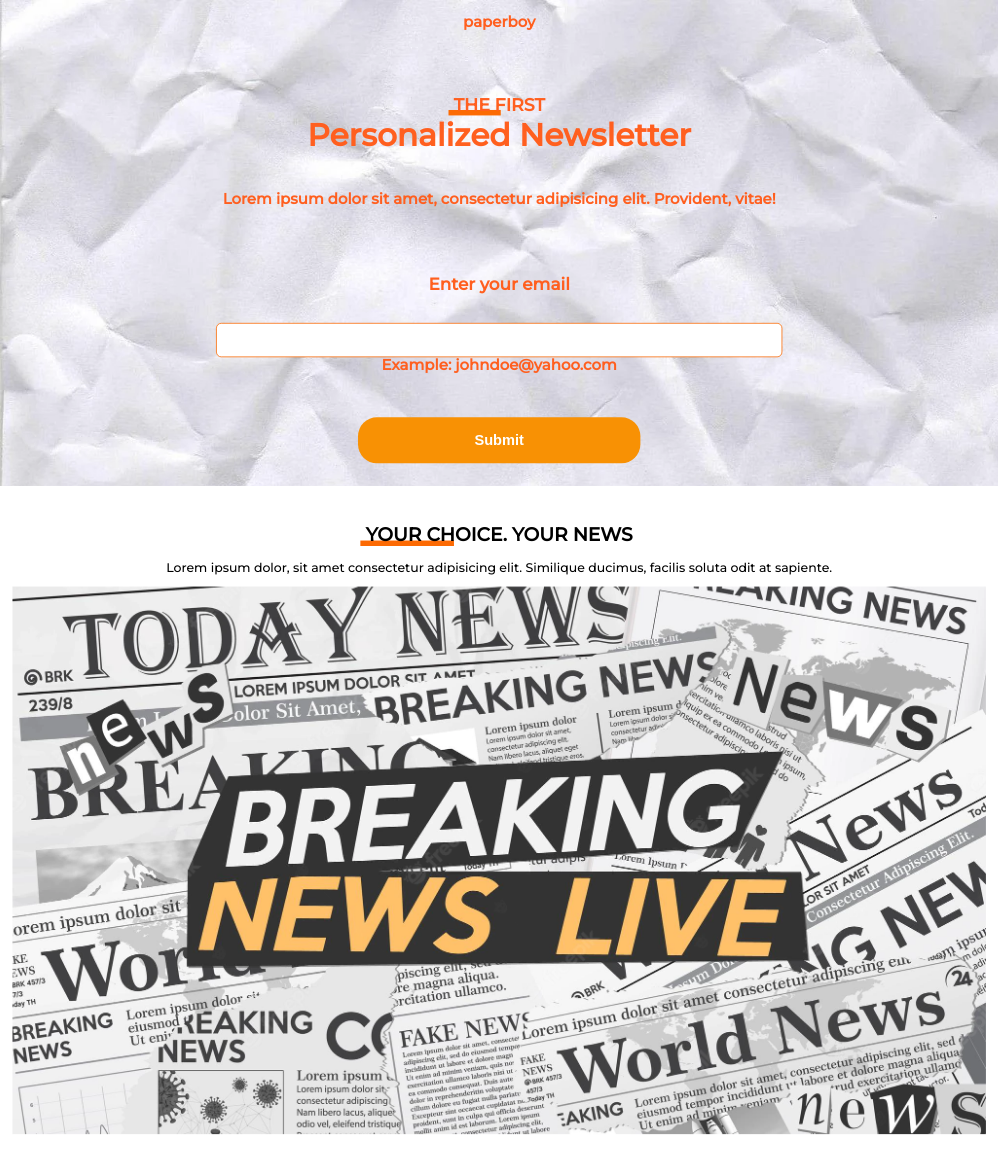
Repository: Gionnn/proiecte
Page: index.html
An editor plug-in stored every save of this project. The page is shown before and after the next save, followed by the edit.
The browser window is 1280 px wide. The pictures show the whole page, at 78% of full size.

Above is the page before, as saved 2022-11-28 14:31:34.

After the next save:
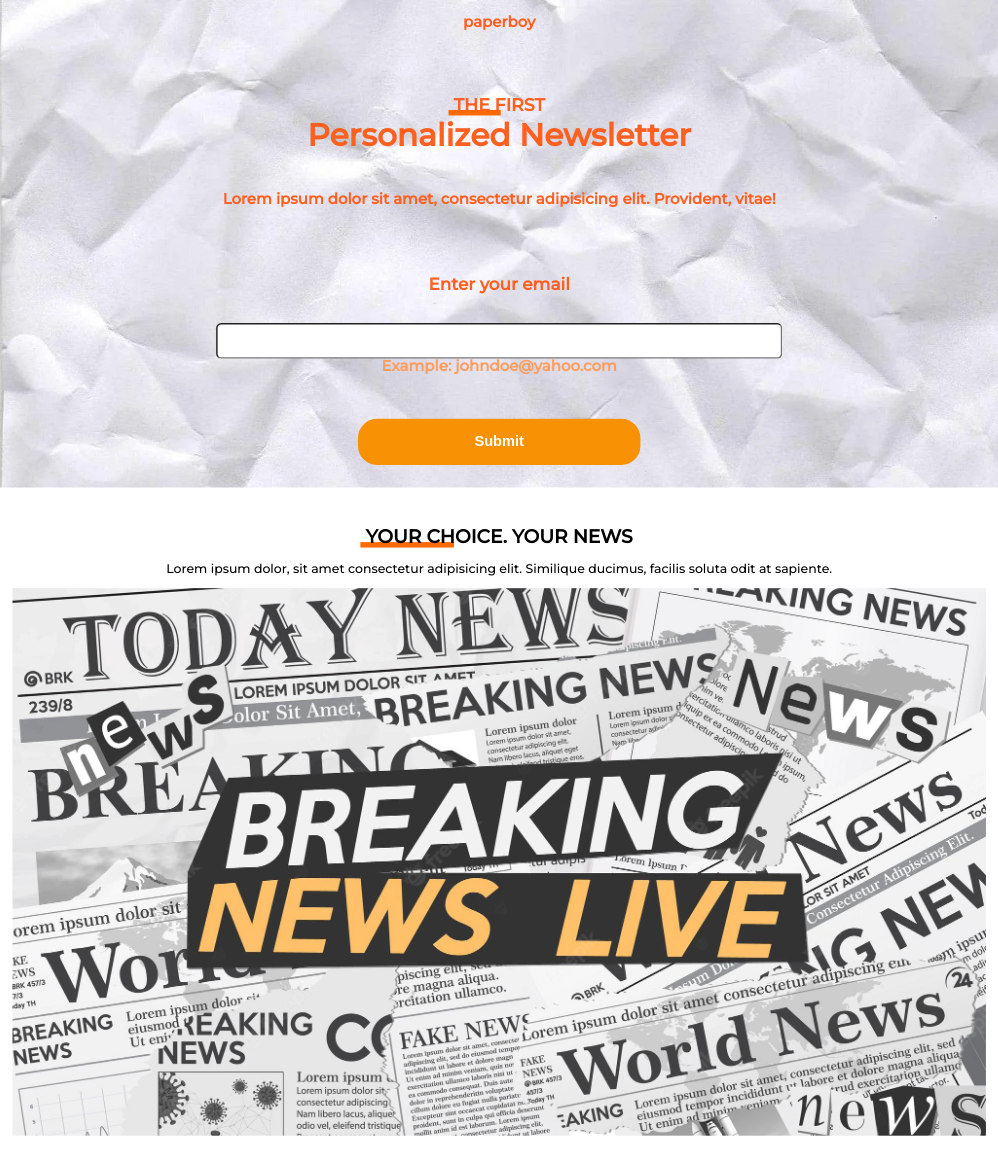
Saved 13 s later.
--- a/css/main.css
+++ b/css/main.css
@@ -64,7 +64,6 @@
   font-size: 1.5em;
 }
 input[type="text"] {
-  border: 1px solid #fc6a03;
   width: 60%;
   padding: 1em;
   box-sizing: border-box;
@@ -72,6 +71,7 @@
   margin-top: 1.2em;
 }
 .form-container {
+  color: #ff9d5c;
   margin-bottom: 1.5em;
   font-weight: normal;
   font-size: 0.9em;

After the save that followed:
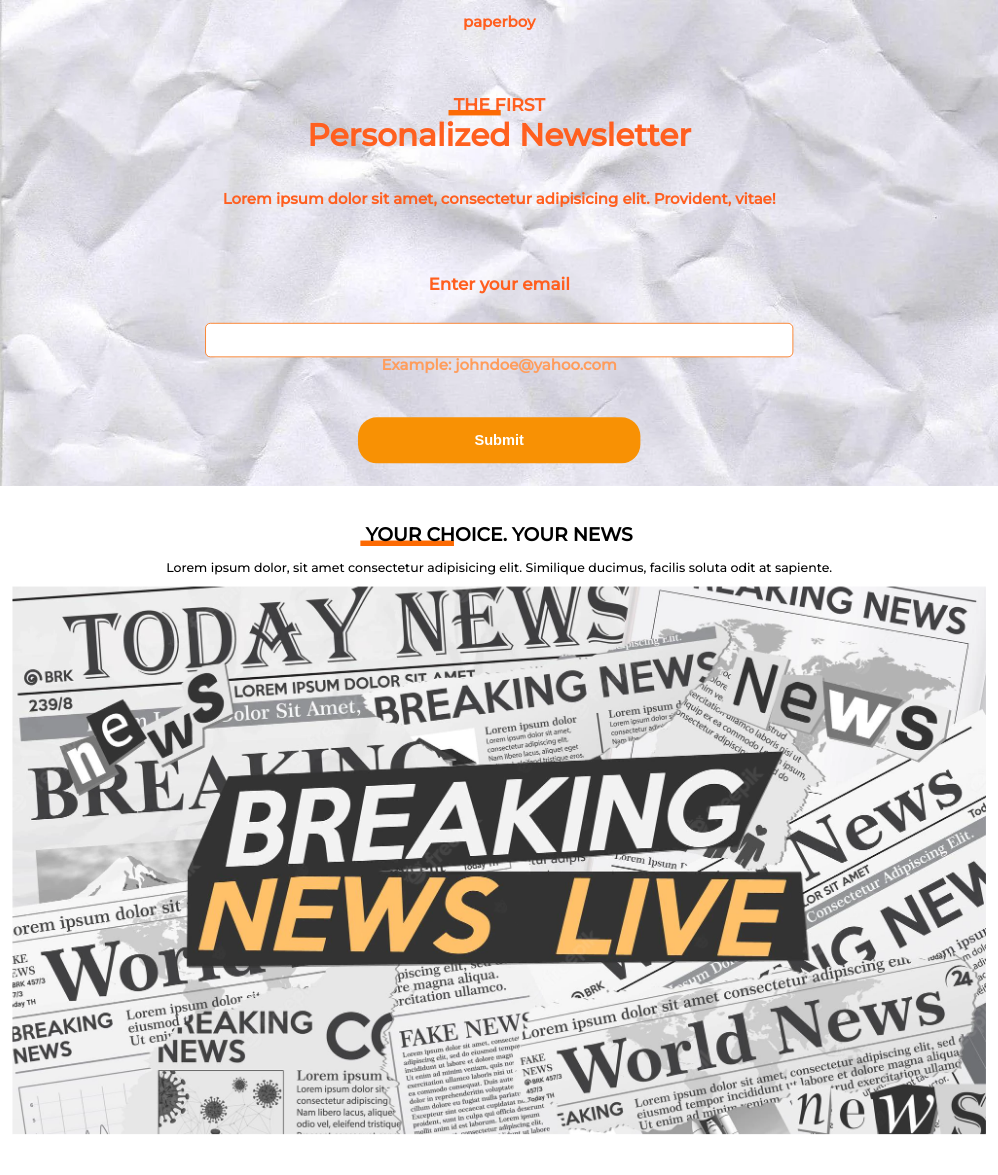
Saved 23 s later.
--- a/css/main.css
+++ b/css/main.css
@@ -64,9 +64,10 @@
   font-size: 1.5em;
 }
 input[type="text"] {
+  border: 1px solid #fc6a03;
   width: 60%;
   padding: 1em;
-  box-sizing: border-box;
+
   border-radius: 0.5em;
   margin-top: 1.2em;
 }
